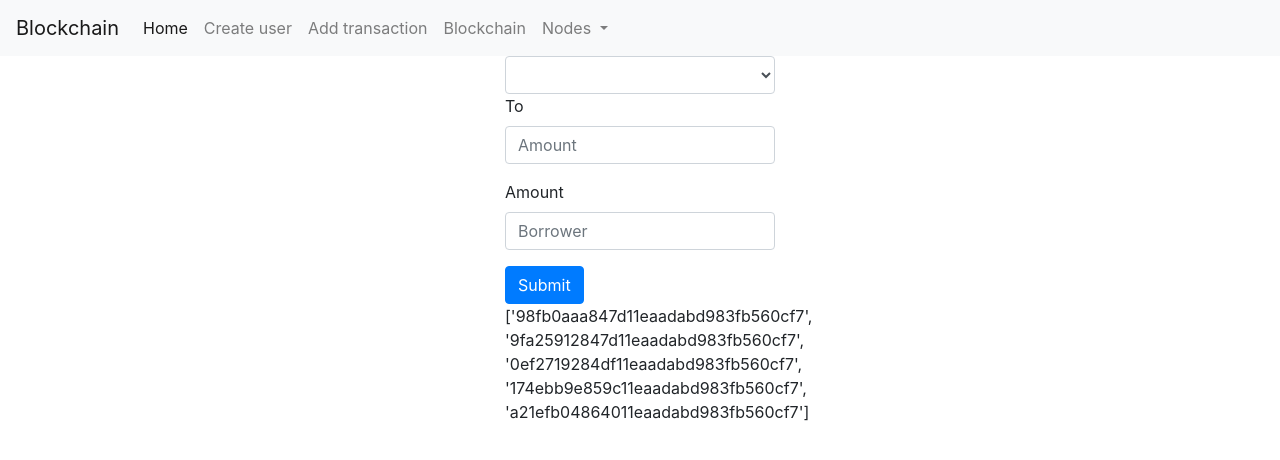
Repository: ivan151/blockchain
Page: http://localhost/transaction/
These files come from the project's save history. The page is drawn as it stood at one moment and after the next save; the edit follows.
The browser window is 1280 px wide. The pictures show the whole page.
The page is served by the project's application, run on Flask 3 (main.py). The page reads the database file committed with the project.

Above is the page before, as saved 2020-04-24 12:32:43.

After the next save:
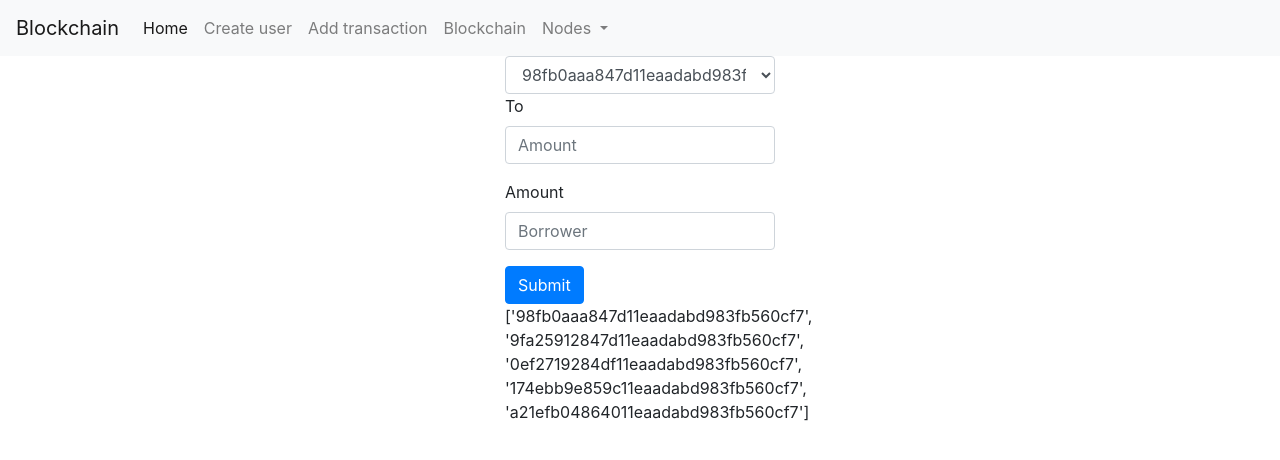
Saved 50 s later.
--- a/templates/transactions.html
+++ b/templates/transactions.html
@@ -6,8 +6,8 @@
         <select class="form-control" id="exampleFormControlSelect1">
 
             <option>
-                {% for user in users %}
-                {{user}}
+                {% for key in keys %}
+                {{key}}
                 {% endfor %}
             </option>
 
